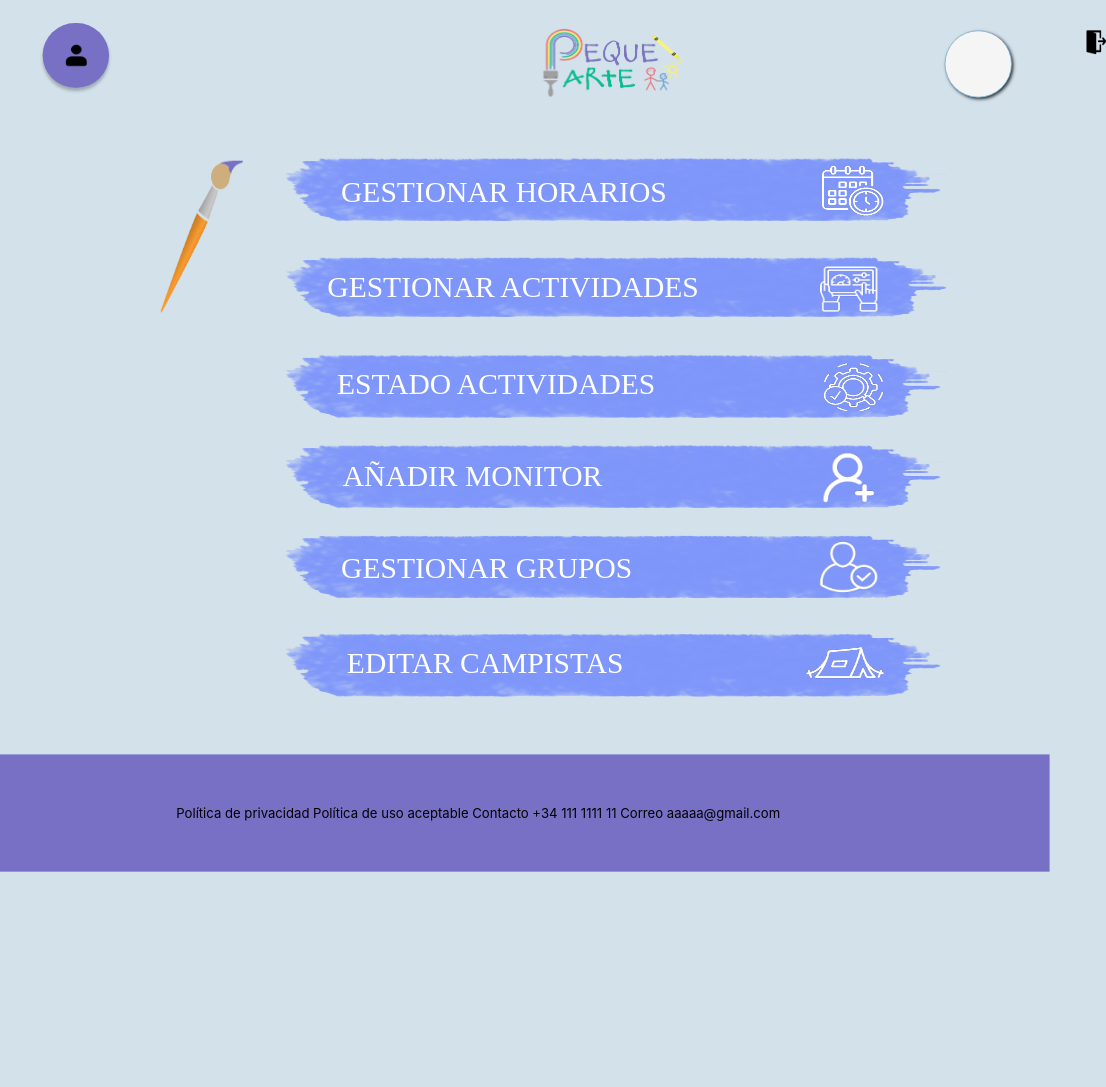
Repository: maariadomiingo/Proyecto-Integrador-Campamento
Page: html/interfaz_coordinador.html
An editor plug-in stored every save of this project. The page is shown before and after the next save, followed by the edit.
The browser window is 1280 px wide. The page is 1349 px wide, then 1321 px, so the pictures cover 1349 px, including what lies to the right of the window. The pictures show the whole page, at 82% of full size.

Above is the page before, as saved 2025-02-05 11:47:31.

After the next save:
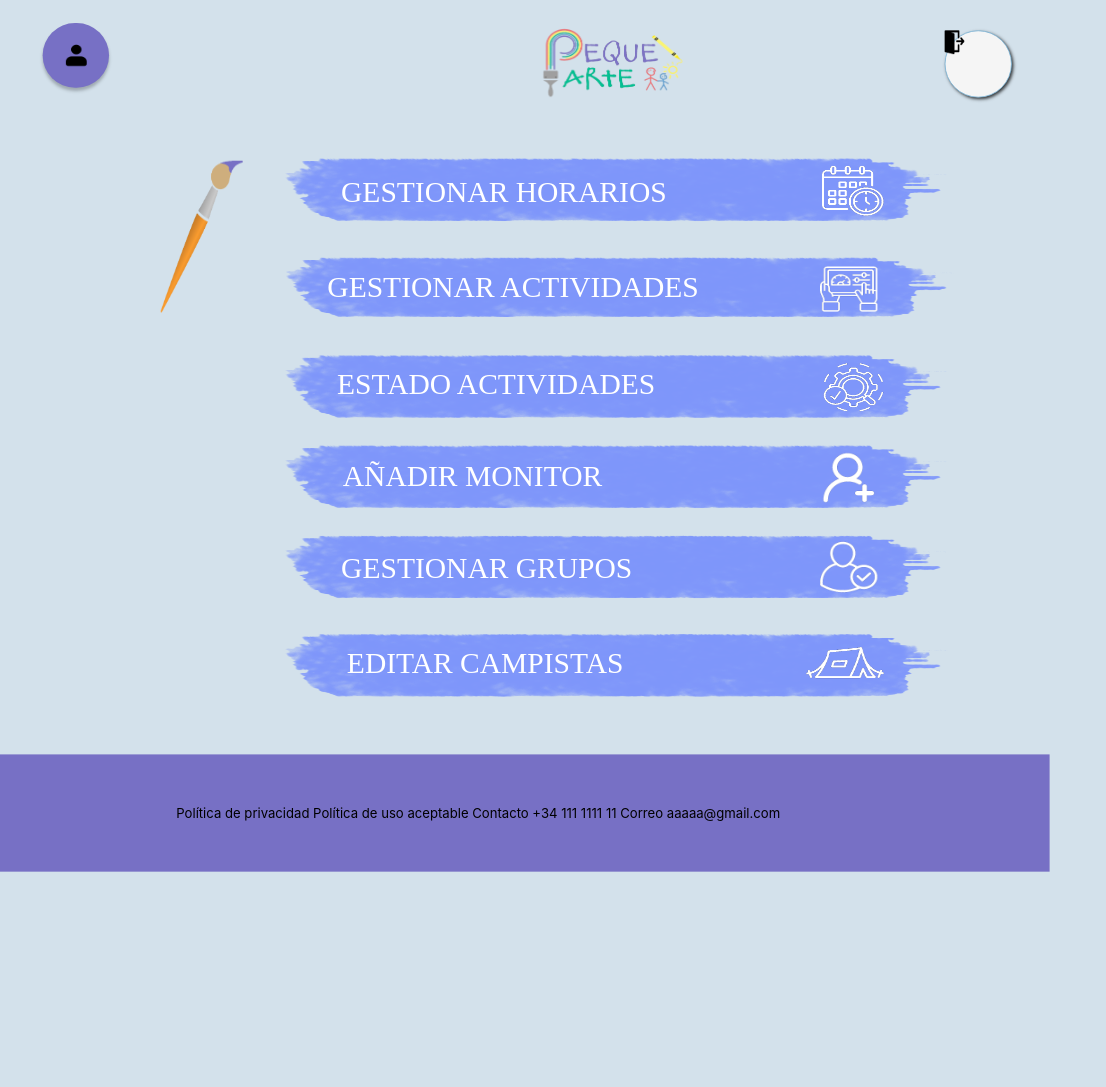
Saved 4 s later.
--- a/css/interfaz_coordinador.css
+++ b/css/interfaz_coordinador.css
@@ -43,7 +43,6 @@ body {
   top: 37px;
   width: 24px;
   height: 29px;
-  left: 1325px;
   position: absolute;
 }
 
